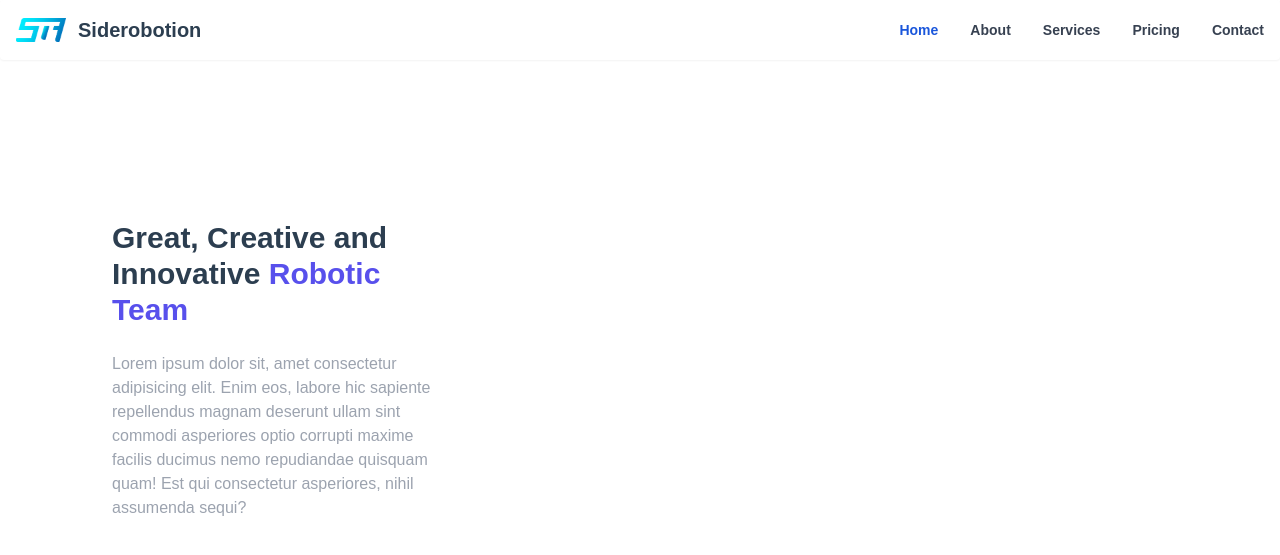
Repository: khulqu15/siderobotion
Page: /
These files come from the project's save history. The page is drawn as it stood at one moment and after the next save; the edit follows.
The browser window is 1280 px wide. The pictures show the whole page.
The project was rebuilt for these pictures with package versions that can differ from the ones it lists, and the page was loaded fresh each time. Also part of the build but not shown: vue.config.js.

Above is the page before, as saved 2022-06-12 02:12:16.

### src/main.js
import { createApp } from 'vue'
import App from './App.vue'
import './registerServiceWorker'
import router from './router'
import store from './store'
import 'flowbite'
import './index.css'

createApp(App)
  .use(store)
  .use(router)
  .mount('#app')

### src/index.css
@tailwind base;
@tailwind components;
@tailwind utilities;
@import url('https://fonts.googleapis.com/css2?family=Poppins:ital,wght@0,100;0,200;0,300;0,400;0,500;0,600;0,700;0,800;0,900;1,100;1,200;1,300;1,400;1,500;1,600;1,700;1,800;1,900&display=swap');

* {
  font-family: 'Poppins', sans-serif !important;
}

### src/views/HomeView.vue
<template>

  <web-layout>
    <div class="px-28 py-12 grid grid-cols-3 gap-4">
      <div class="py-28 text-start">
        <h1 class="text-3xl font-semibold">Great, Creative and Innovative <span class="text-indigo-600">Robotic Team</span> </h1>
        <p class="text-gray-400 mt-6">Lorem ipsum dolor sit, amet consectetur adipisicing elit. Enim eos, labore hic sapiente repellendus magnam deserunt ullam sint commodi asperiores optio corrupti maxime facilis ducimus nemo repudiandae quisquam quam! Est qui consectetur asperiores, nihil assumenda sequi?</p>
      </div>
    </div>
  </web-layout>

</template>

<script>
import WebLayout from '@/layouts/WebLayout.vue'
export default {
  name: 'HomeView',
  components: {
    WebLayout
  }
}
</script>

### src/layouts/WebLayout.vue
<template>
  <div id="app-web">
    <div id="nav">
      <navigation-header/>
    </div>
    <div id="body-content">
      <slot id="content"></slot>
    </div>
  </div>
</template>

<script>
import NavigationHeader from '@/components/NavigationHeader.vue'
export default {
  components: {
    NavigationHeader
  }
}
</script>

### src/components/NavigationHeader.vue
<template>
  <div>
    <nav class="bg-white border-gray-200 px-2 sm:px-4 py-4 shadow-sm rounded dark:bg-gray-800">
      <div class="container flex flex-wrap justify-between items-center mx-auto">
        <a href="/" class="flex items-center">
          <img :src="require('@/assets/logo.webp')" class="mr-3 h-4 sm:h-6" alt="Siderobotion Logo">
          <span class="self-center text-xl font-semibold whitespace-nowrap dark:text-white">Siderobotion</span>
        </a>
        <button data-collapse-toggle="mobile-menu" type="button" class="inline-flex items-center p-2 ml-3 text-sm text-gray-500 rounded-lg md:hidden hover:bg-gray-100 focus:outline-none focus:ring-2 focus:ring-gray-200 dark:text-gray-400 dark:hover:bg-gray-700 dark:focus:ring-gray-600" aria-controls="mobile-menu" aria-expanded="false">
          <span class="sr-only">Open main menu</span>
          <svg class="w-6 h-6" fill="currentColor" viewBox="0 0 20 20" xmlns="http://www.w3.org/2000/svg"><path fill-rule="evenodd" d="M3 5a1 1 0 011-1h12a1 1 0 110 2H4a1 1 0 01-1-1zM3 10a1 1 0 011-1h12a1 1 0 110 2H4a1 1 0 01-1-1zM3 15a1 1 0 011-1h12a1 1 0 110 2H4a1 1 0 01-1-1z" clip-rule="evenodd"></path></svg>
          <svg class="hidden w-6 h-6" fill="currentColor" viewBox="0 0 20 20" xmlns="http://www.w3.org/2000/svg"><path fill-rule="evenodd" d="M4.293 4.293a1 1 0 011.414 0L10 8.586l4.293-4.293a1 1 0 111.414 1.414L11.414 10l4.293 4.293a1 1 0 01-1.414 1.414L10 11.414l-4.293 4.293a1 1 0 01-1.414-1.414L8.586 10 4.293 5.707a1 1 0 010-1.414z" clip-rule="evenodd"></path></svg>
        </button>
        <div class="hidden w-full md:block md:w-auto" id="mobile-menu">
          <ul class="flex flex-col mt-4 md:flex-row md:space-x-8 md:mt-0 md:text-sm md:font-medium">
            <li>
              <a href="#" class="block py-2 pr-4 pl-3 text-white bg-blue-700 rounded md:bg-transparent md:text-blue-700 md:p-0 dark:text-white" aria-current="page">Home</a>
            </li>
            <li>
              <a href="#" class="block py-2 pr-4 pl-3 text-gray-700 border-b border-gray-100 hover:bg-gray-50 md:hover:bg-transparent md:border-0 md:hover:text-blue-700 md:p-0 dark:text-gray-400 md:dark:hover:text-white dark:hover:bg-gray-700 dark:hover:text-white md:dark:hover:bg-transparent dark:border-gray-700">About</a>
            </li>
            <li>
              <a href="#" class="block py-2 pr-4 pl-3 text-gray-700 border-b border-gray-100 hover:bg-gray-50 md:hover:bg-transparent md:border-0 md:hover:text-blue-700 md:p-0 dark:text-gray-400 md:dark:hover:text-white dark:hover:bg-gray-700 dark:hover:text-white md:dark:hover:bg-transparent dark:border-gray-700">Services</a>
            </li>
            <li>
              <a href="#" class="block py-2 pr-4 pl-3 text-gray-700 border-b border-gray-100 hover:bg-gray-50 md:hover:bg-transparent md:border-0 md:hover:text-blue-700 md:p-0 dark:text-gray-400 md:dark:hover:text-white dark:hover:bg-gray-700 dark:hover:text-white md:dark:hover:bg-transparent dark:border-gray-700">Pricing</a>
            </li>
            <li>
              <a href="#" class="block py-2 pr-4 pl-3 text-gray-700 hover:bg-gray-50 md:hover:bg-transparent md:border-0 md:hover:text-blue-700 md:p-0 dark:text-gray-400 md:dark:hover:text-white dark:hover:bg-gray-700 dark:hover:text-white md:dark:hover:bg-transparent">Contact</a>
            </li>
          </ul>
        </div>
      </div>
    </nav>

  </div>
</template>

### tailwind.config.js
module.exports = {

  content: [
    "./index.html",
    "./src/**/*.{vue,js,ts,jsx,tsx}",
    "./node_modules/flowbite/**/*.js",
  ],
  theme: {
    extend: {},
  },
  plugins: [
    require('flowbite/plugin')
  ]

}

Loaded but not shown: public/index.html (common file); src/App.vue (common file); src/registerServiceWorker.js (common file); src/router/index.js (common file); src/store/index.js (common file)

After the next save:
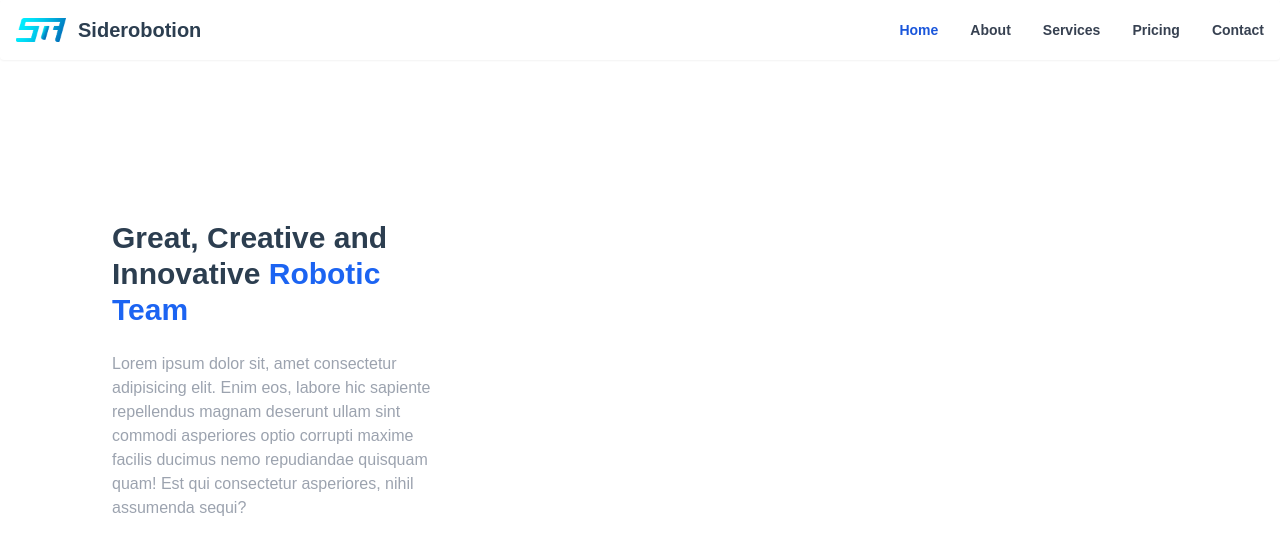
Saved 4 s later.
--- a/src/views/HomeView.vue
+++ b/src/views/HomeView.vue
@@ -3,7 +3,7 @@
   <web-layout>
     <div class="px-28 py-12 grid grid-cols-3 gap-4">
       <div class="py-28 text-start">
-        <h1 class="text-3xl font-semibold">Great, Creative and Innovative <span class="text-indigo-600">Robotic Team</span> </h1>
+        <h1 class="text-3xl font-semibold">Great, Creative and Innovative <span class="text-blue-600">Robotic Team</span> </h1>
         <p class="text-gray-400 mt-6">Lorem ipsum dolor sit, amet consectetur adipisicing elit. Enim eos, labore hic sapiente repellendus magnam deserunt ullam sint commodi asperiores optio corrupti maxime facilis ducimus nemo repudiandae quisquam quam! Est qui consectetur asperiores, nihil assumenda sequi?</p>
       </div>
     </div>
